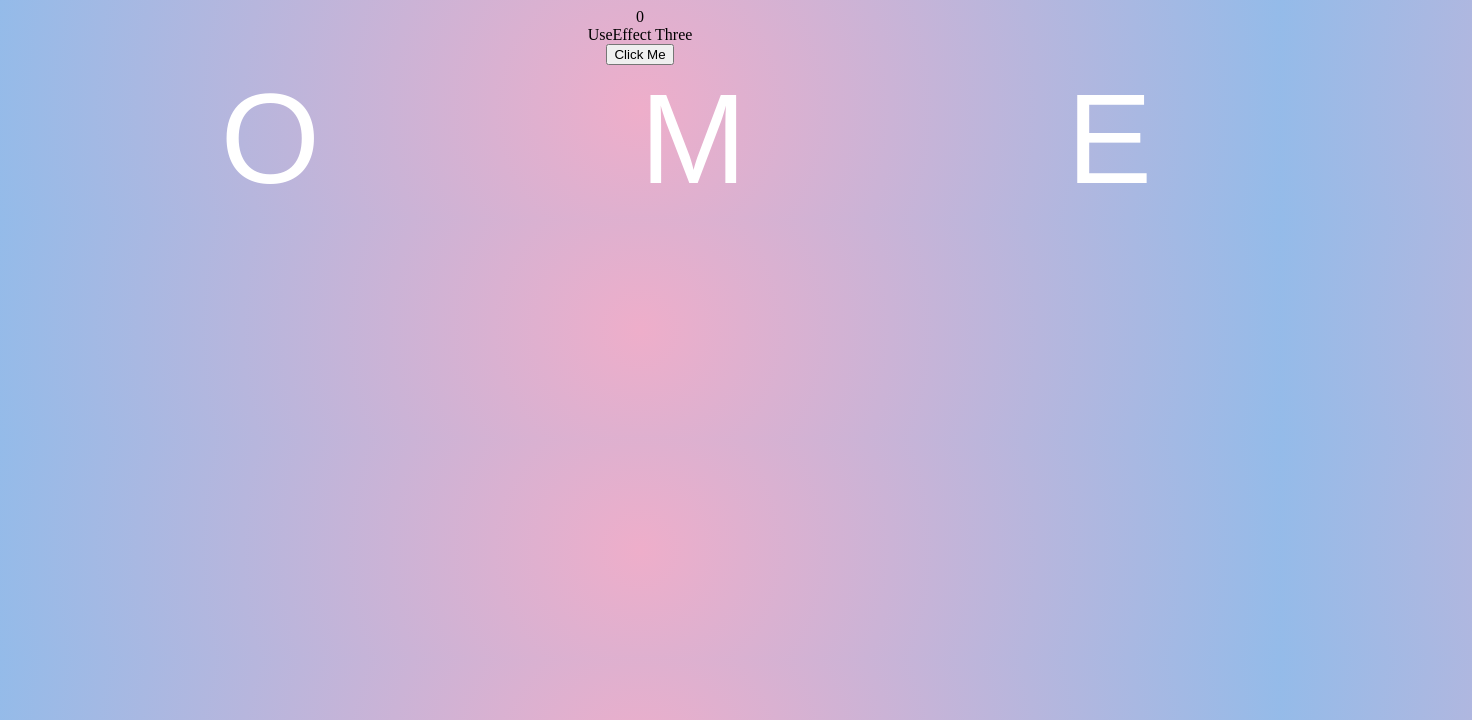
Repository: juliet-jskim/week-8-useEffect-carousel
Page: /useEffectThree
The author's editor kept a copy of each file at every save. The page is drawn from the files as they stood at one save, then again after the next save.
The browser window is 1280 px wide. The page is 1472 px wide, then 1344 px, so the pictures cover 1472 px, including what lies to the right of the window. The pictures show the whole page.
The project was rebuilt for these pictures with package versions that can differ from the ones it lists, and the page was loaded fresh each time. The framework's server and built-in components were replaced by stand-ins that run in the browser. Also part of the build but not shown: next.config.js.

Above is the page before, as saved 2023-02-20 23:09:14.

### pages/useEffectThree.js
import { useEffect, useState } from "react"
import Link from "next/link";
import styles from "@/styles/UseEffectThree.module.css"


export default function UseEffectThree() {
    const [number, setNumber] = useState(0);

    const [value, setValue] = useState(-10);

    useEffect(()=> {
        setValue(value + 10)
    }, [number])

    return(
        <>
        <main className={styles.main_container}>
            <div className={styles.home_link}>
                <Link  style={{ textDecoration: 'none',  color: 'white' }} href="/">Home</Link>
            </div>

            <div>
                <button onClick={() => setNumber(number +1)}>Click Me</button>
            </div>
            <div>
                UseEffect Three
            </div>
            <div>
                {value}
            </div>
        </main>

        </>
    )
}

### styles/globals.css
:root {
  /** add colors you want to add to all the pages here**/
  background: rgb(238,174,202);
  background: radial-gradient(circle, rgba(238,174,202,1) 0%, rgba(148,187,233,1) 100%);

}

### styles/UseEffectThree.module.css
.main_container{
    display: flex;
    flex-direction: column-reverse;
    justify-content: center;
    align-items: center;

}

.home_link{
    font-size: 8rem;
    text-transform: uppercase;
    font-family: Arial, Helvetica, sans-serif;
    writing-mode: horizontal-tb;
    letter-spacing: 20rem;
}

Loaded but not shown: pages/_app.js (common file); pages/_document.js (common file)

After the next save:
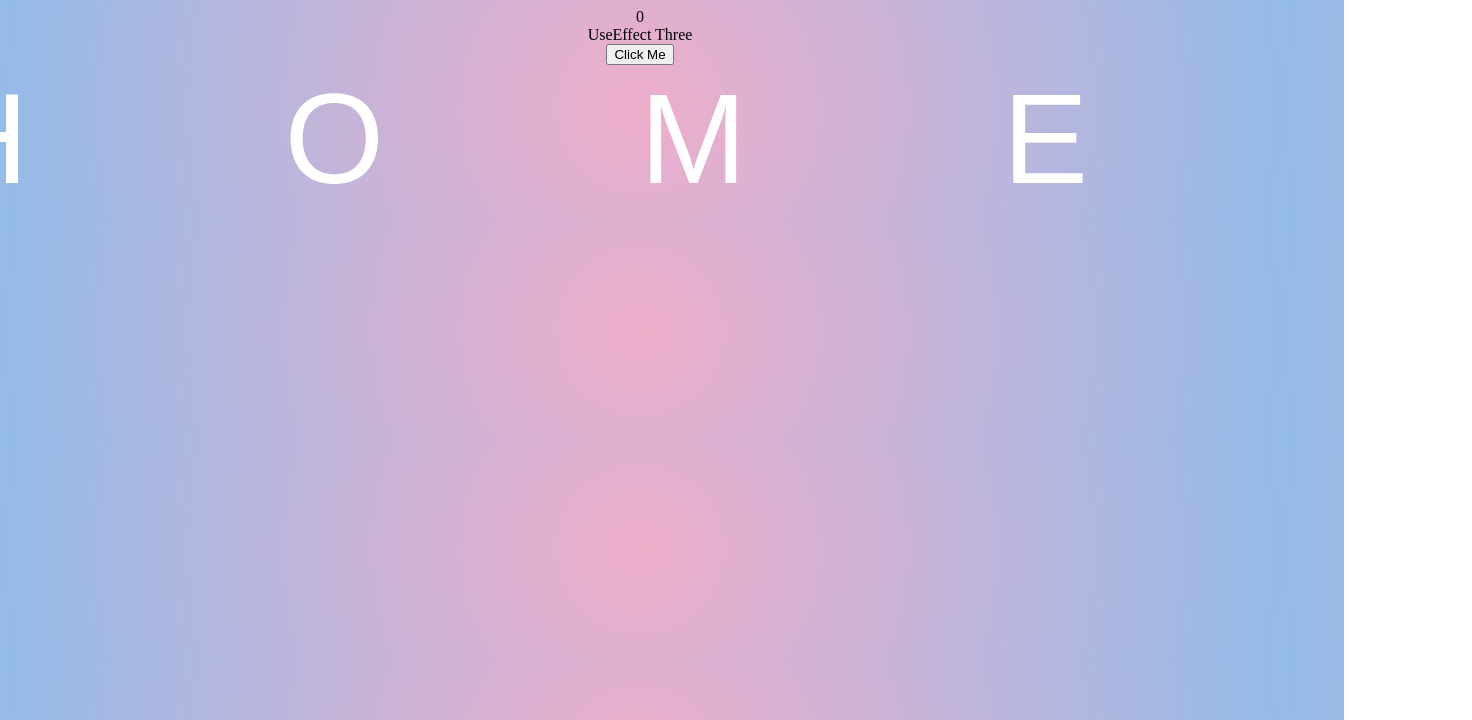
Saved 6 s later.
--- a/styles/UseEffectThree.module.css
+++ b/styles/UseEffectThree.module.css
@@ -11,5 +11,5 @@
     text-transform: uppercase;
     font-family: Arial, Helvetica, sans-serif;
     writing-mode: horizontal-tb;
-    letter-spacing: 20rem;
+    letter-spacing: 16rem;
 }
